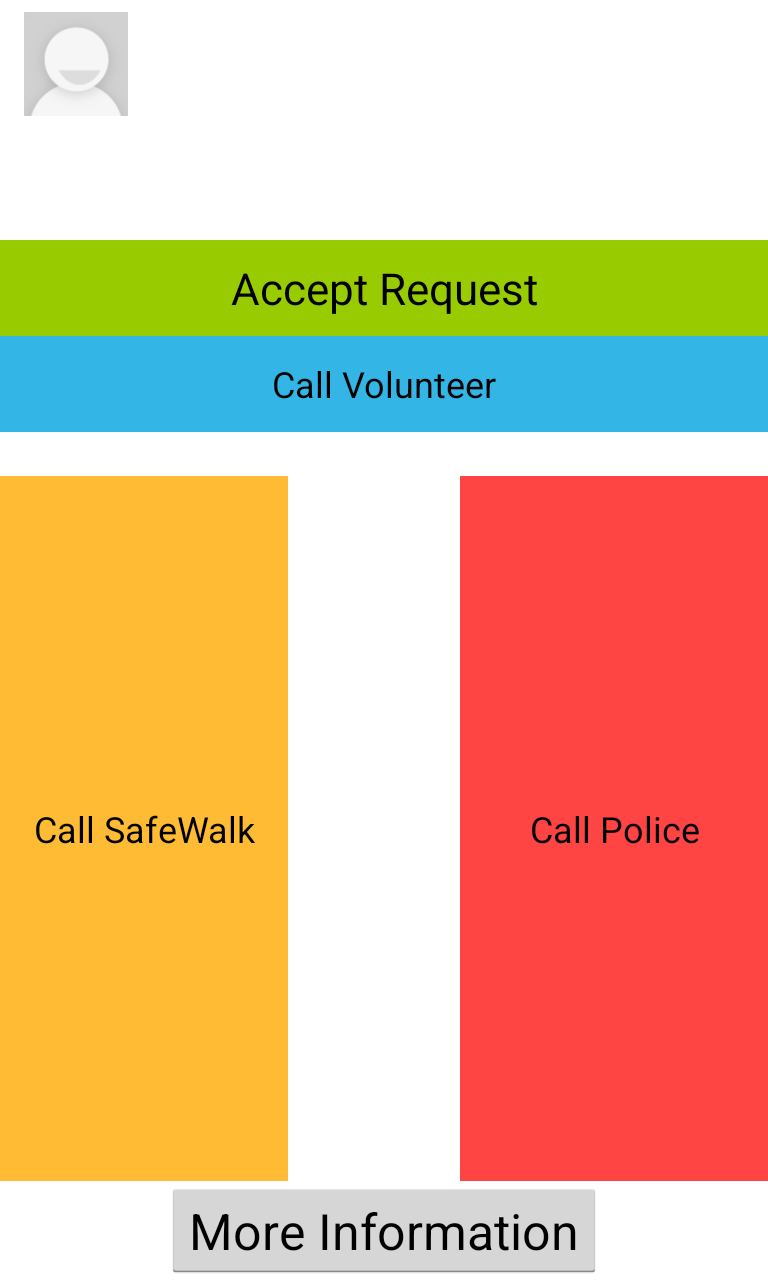
Repository: srivast6/SafeWalk
Layout: android/SafeWalk/res/layout/tryout.xml
The author's editor kept a copy of each file at every save. The layout is drawn from the files as they stood at one save, then again after the next save.
It is drawn on a 768 x 1280 px phone screen (xhdpi) without system bars, with theme android:Theme.Holo.Light; the app's code is not run.

Above is the layout before, as saved 2013-11-20 18:38:07.

After the next save:
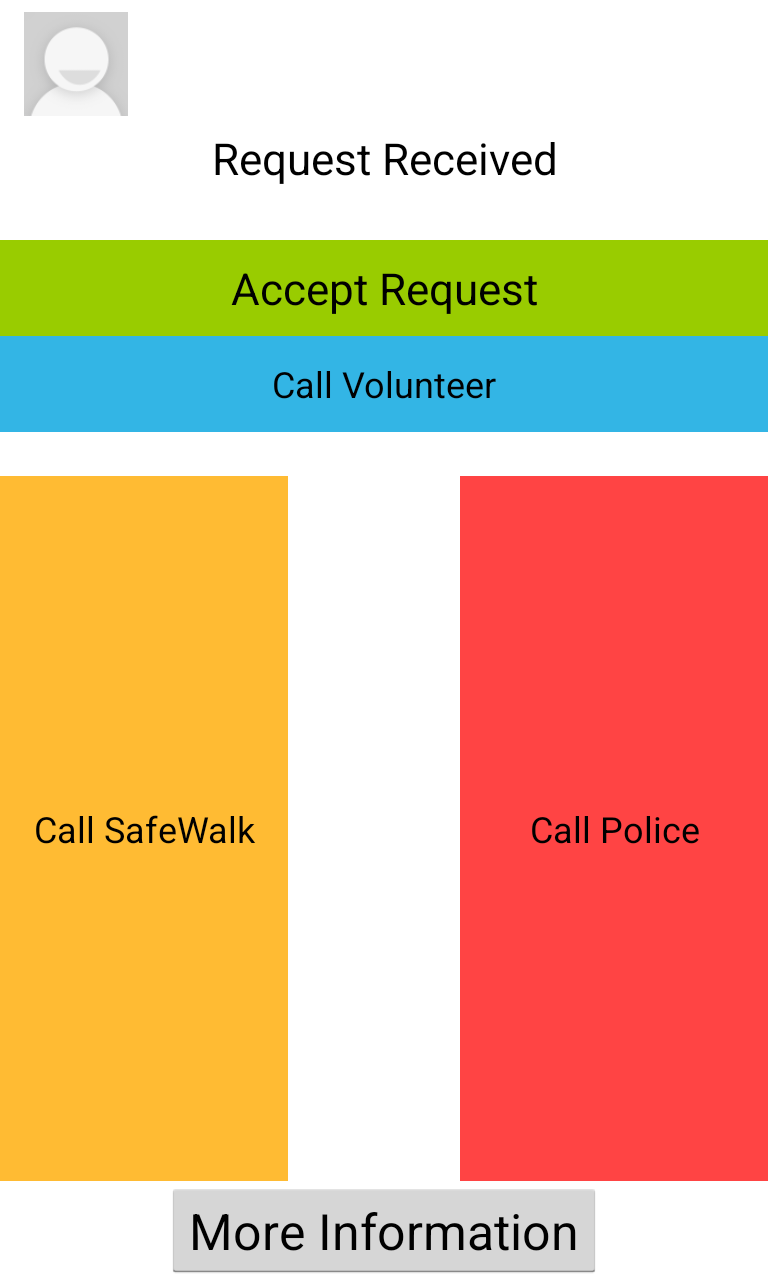
Saved 31 s later.
--- a/android/SafeWalk/res/layout/tryout.xml
+++ b/android/SafeWalk/res/layout/tryout.xml
@@ -5,7 +5,7 @@
 
     <RelativeLayout
         android:id="@+id/rltveLayout1"
-        android:layout_width="wrap_content"
+        android:layout_width="fill_parent"
         android:layout_height="?android:attr/listPreferredItemHeight"
         android:padding="6dip" >
 
@@ -18,8 +18,13 @@
     </RelativeLayout>
 
     <RelativeLayout
-        android:id="@+id/rltveLayout5"
-        android:layout_toRightOf="@id/rltveLayout1" >
+        android:id="@+id/rltveLayout2"
+        android:layout_width="match_parent"
+        android:layout_height="wrap_content"
+        android:layout_alignParentLeft="true"
+        android:layout_alignParentRight="true"
+        android:layout_below="@id/rltveLayout1"
+        android:orientation="vertical" >
 
         <TextView
             android:id="@+id/tV_RqstResvd"
@@ -29,16 +34,6 @@
             android:gravity="center"
             android:text="Request Received"
             android:textAppearance="?android:attr/textAppearanceLarge" />
-    </RelativeLayout>
-
-    <RelativeLayout
-        android:id="@+id/rltveLayout2"
-        android:layout_width="match_parent"
-        android:layout_height="wrap_content"
-        android:layout_alignParentLeft="true"
-        android:layout_alignParentRight="true"
-        android:layout_below="@id/rltveLayout1"
-        android:orientation="vertical" >
 
         <Button
             android:id="@+id/AcceptButton"
